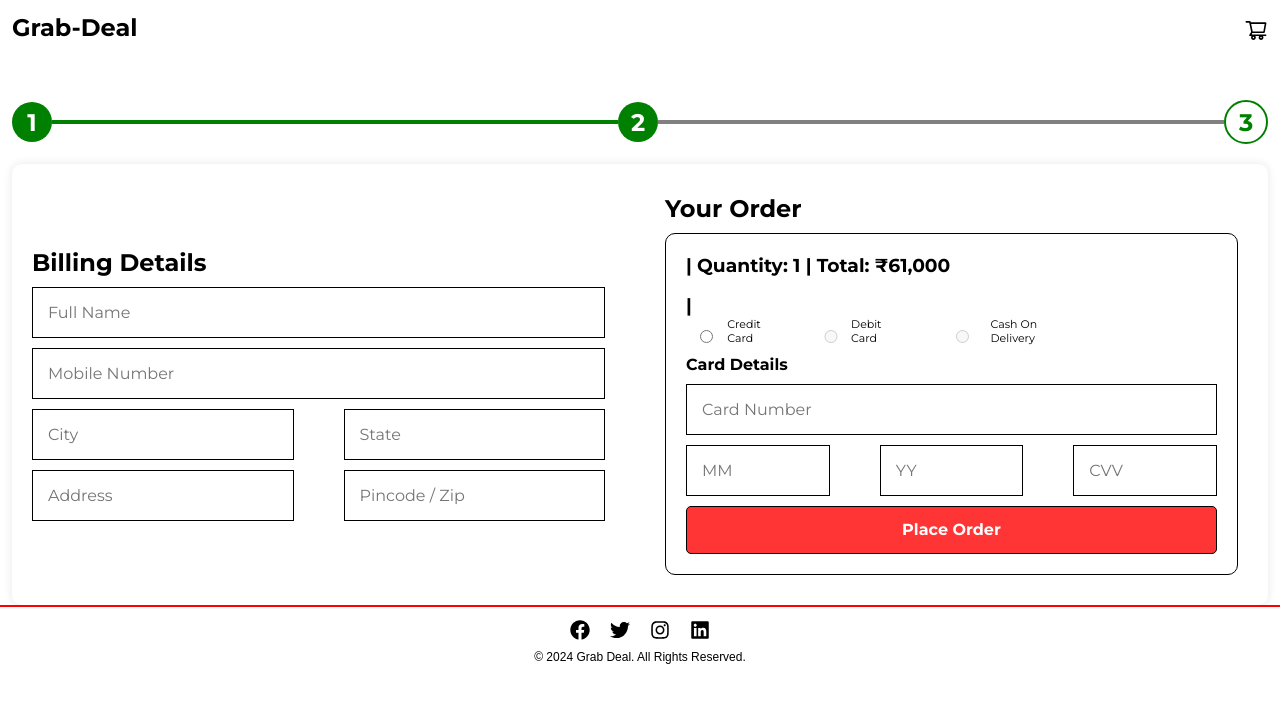
Repository: hlwsatyam/Iphone16Pro
Page: /CheckoutPage
An editor plug-in stored every save of this project. The page is shown before and after the next save, followed by the edit.
The browser window is 1280 px wide. The pictures show the whole page.
The project was rebuilt for these pictures with package versions that can differ from the ones it lists, and the page was loaded fresh each time. Also part of the build but not shown: src/hooks/useDocTitle.js, src/helpers/utils.js, src/components/filters/FilterBarOptions.js, src/components/filters/FilterBar.js, src/hooks/useActive.js, src/components/product/ProductCard.js, src/components/common/SectionsHead.js, src/components/common/Services.js and 19 more.

Above is the page before, as saved 2024-09-28 16:18:26.

After the next save:
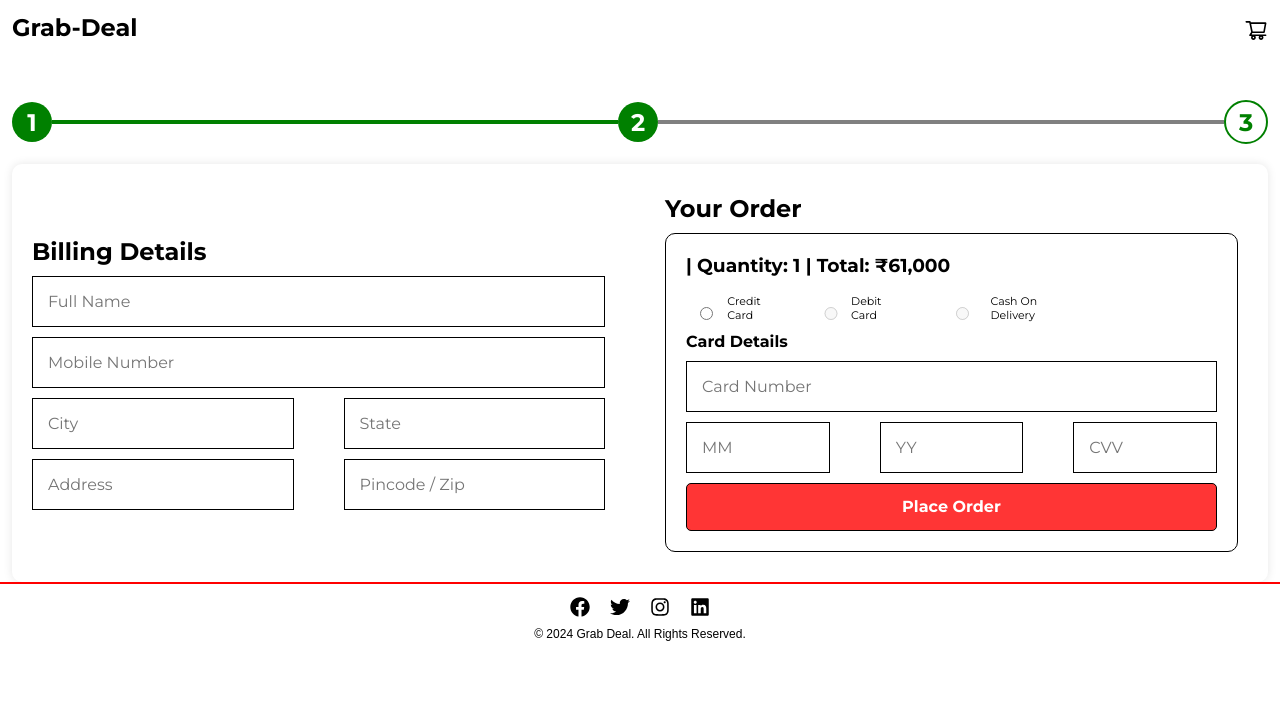
Saved 40 s later.
--- a/src/components/Extra/checkOutComp/LargeArea.jsx
+++ b/src/components/Extra/checkOutComp/LargeArea.jsx
@@ -190,7 +190,7 @@ function LargeArea() {
         <h2>Your Order</h2>
         <div className="right-container">
           <h3 className="qunt"> | Quantity: 1 | Total: ₹61,000 </h3>
-          <h3 className="qunt2"> | </h3>
+          <h3 className="qunt2">  </h3>
 
           <div className="card-selection">
             <p>
